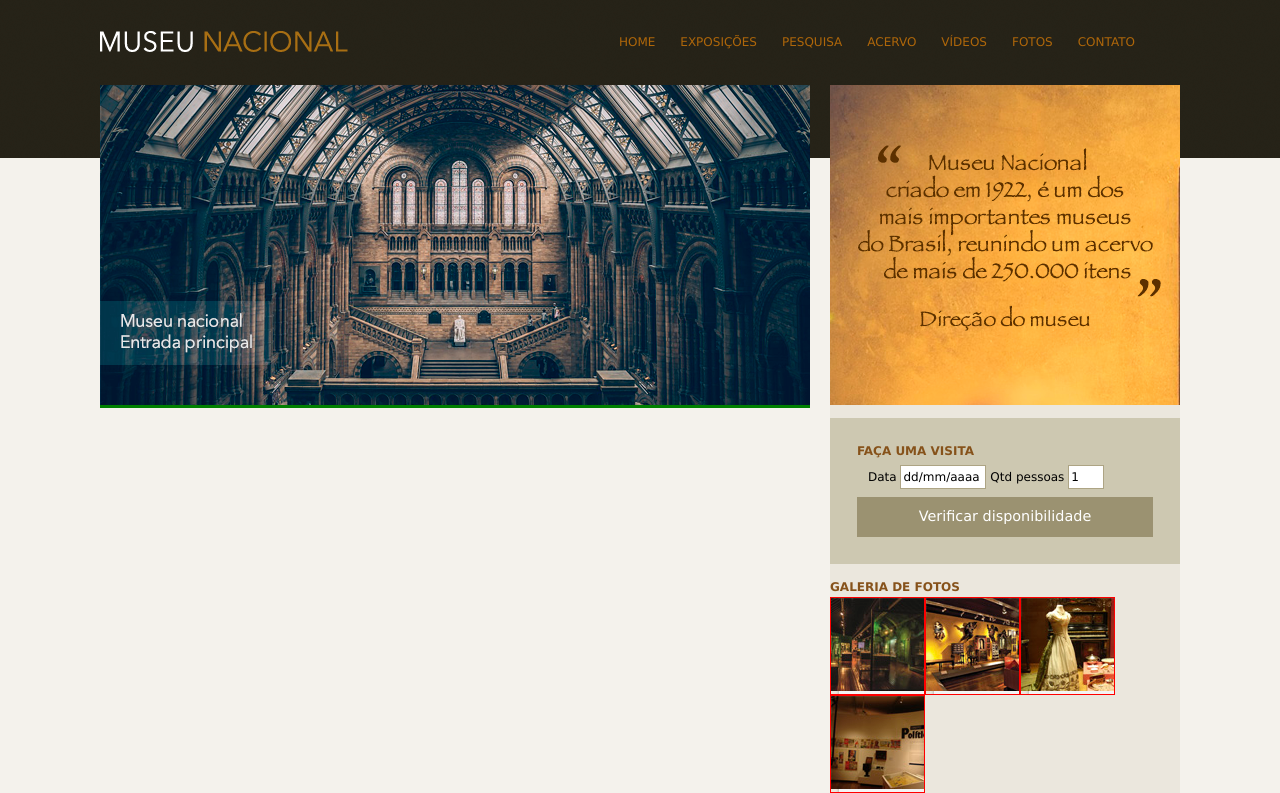
Repository: GustavoScopinho/Museu-Nacional
Page: index.html
The author's editor kept a copy of each file at every save. The page is drawn from the files as they stood at one save, then again after the next save.
The browser window is 1280 px wide. The pictures show the whole page.

Above is the page before, as saved 2022-07-05 01:27:34.

After the next save:
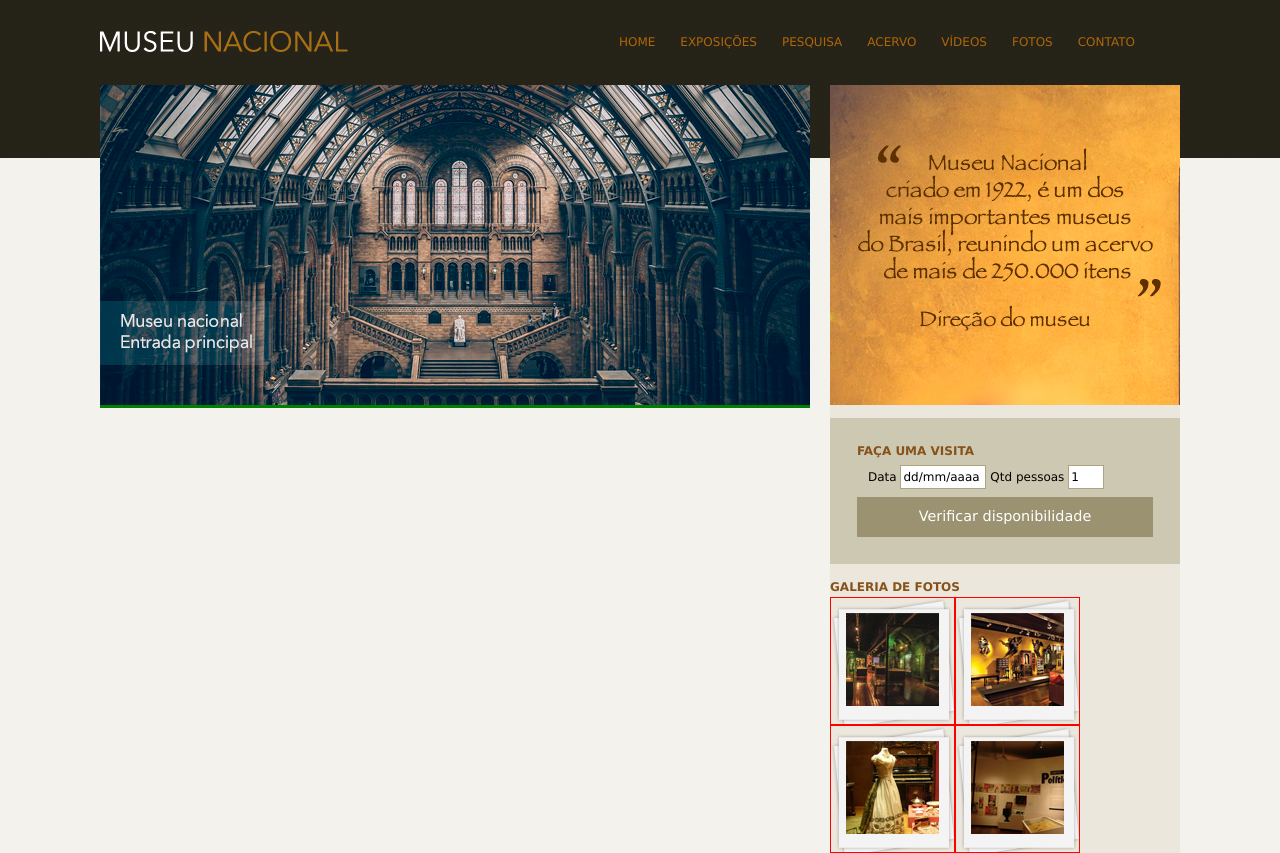
Saved 23 s later.
--- a/css/style.css
+++ b/css/style.css
@@ -82,6 +82,7 @@
   background: url(../img/fundo-foto.png) no-repeat;
   border: 1px solid red;
   float: left;
+  padding: 15px 15px 15px 15px;
 }
 
 h4 {
